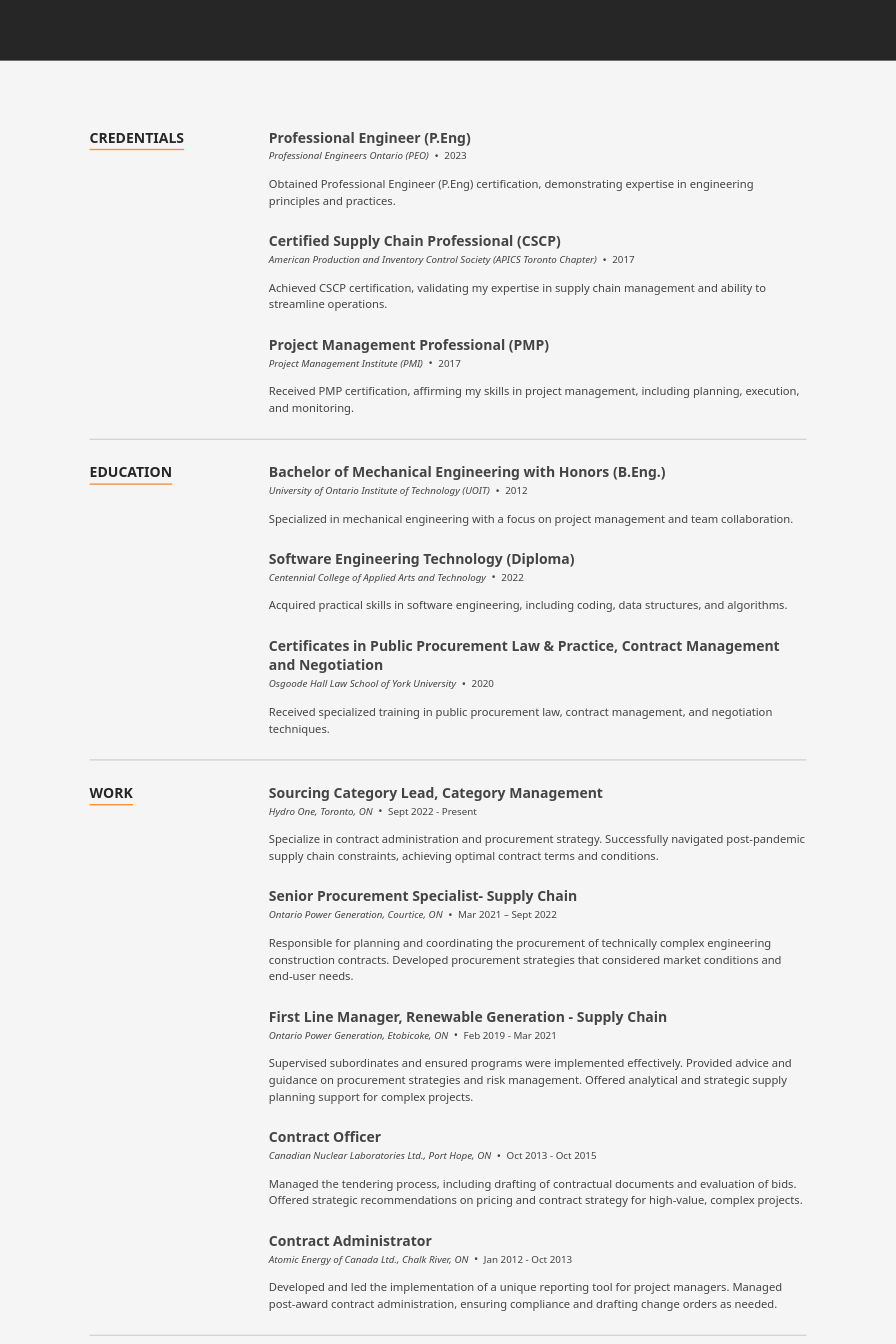
Repository: ananthantharma/portfolio
Page: /
The author's editor kept a copy of each file at every save. The page is drawn from the files as they stood at one save, then again after the next save.
The browser window is 1280 px wide. The pictures show the part of the page from y = 1142 to 3062 px (the page is 5830 px tall before and 5852 px after), at 70% of full size.
Pictures or frames that could not be fetched are drawn as grey boxes. Backgrounds fixed to the window are drawn as part of the page. The project was rebuilt for these pictures with package versions that can differ from the ones it lists, and the page was loaded fresh each time. The framework's server and built-in components were replaced by stand-ins that run in the browser. Also part of the build but not shown: next.config.js, src/components/Icon/FacebookIcon.tsx.

Above is the page before, as saved 2023-08-30 01:25:32.

After the next save:
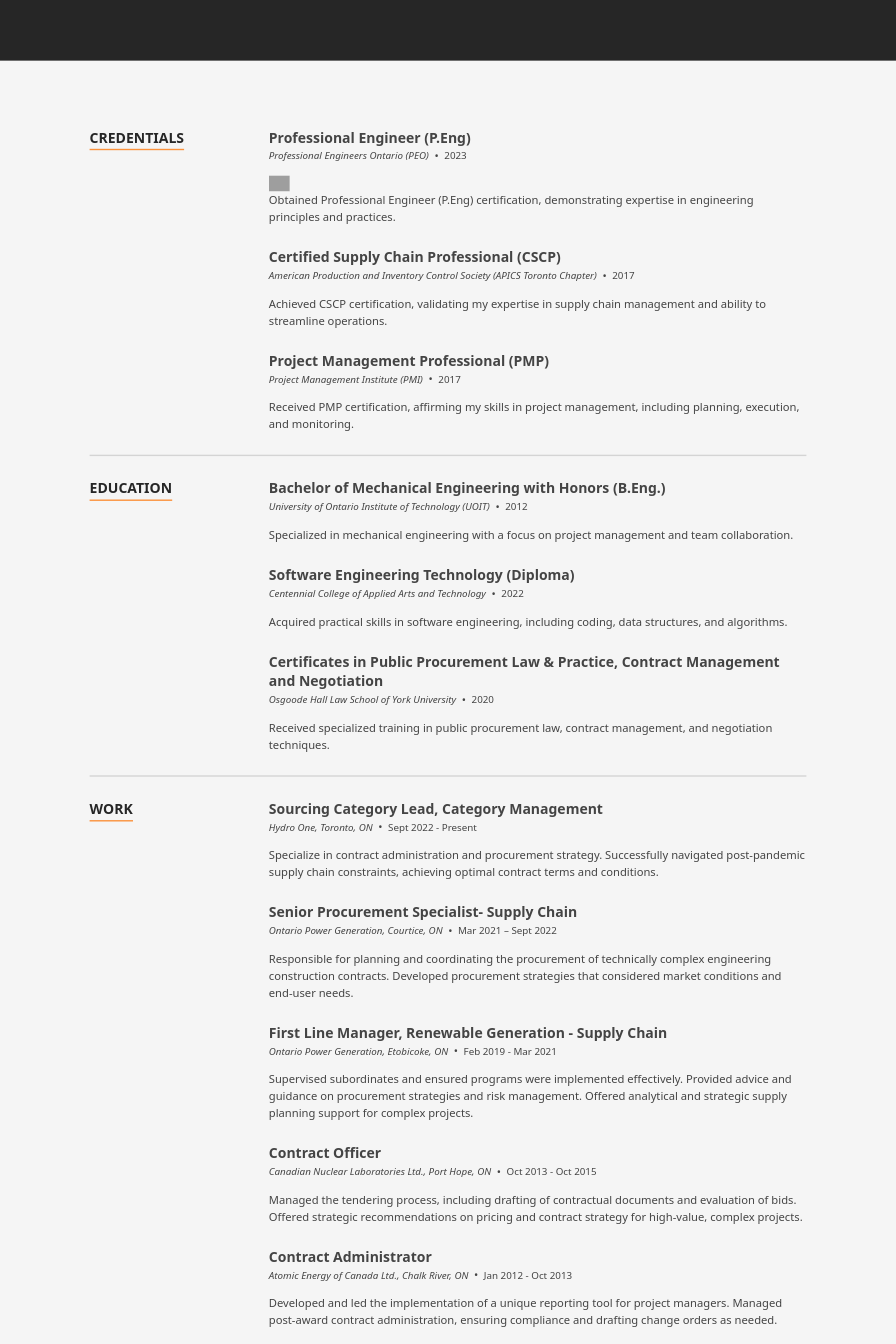
Saved 8 h 35 min later.
--- a/src/data/data.tsx
+++ b/src/data/data.tsx
@@ -26,6 +26,7 @@
 import porfolioImage11 from '../images/portfolio/portfolio-11.jpg';
 import profilepic from '../images/profilepic.jpg';
 import testimonialImage from '../images/testimonial.webp';
+import PEngLogo from '../images/logo-peo.png';
 import {
   About,
   ContactSection,
@@ -258,10 +259,15 @@
 // Add this new array for Credentials
 export const credentials: TimelineItem[] = [
   {
-    date: '2023', // Year you obtained the credential
+    date: '2023',
     location: 'Professional Engineers Ontario (PEO)',
     title: 'Professional Engineer (P.Eng)',
-    content: <p>Obtained Professional Engineer (P.Eng) certification, demonstrating expertise in engineering principles and practices.</p>,
+    content: (
+      <>
+        <img src={PEngLogo} alt="P.Eng Logo" style={{ width: '30px', marginRight: '10px' }} />
+        <p>Obtained Professional Engineer (P.Eng) certification, demonstrating expertise in engineering principles and practices.</p>
+      </>
+    ),
   },
   {
     date: '2017', // Year you obtained the credential

After the 3 saves that followed:
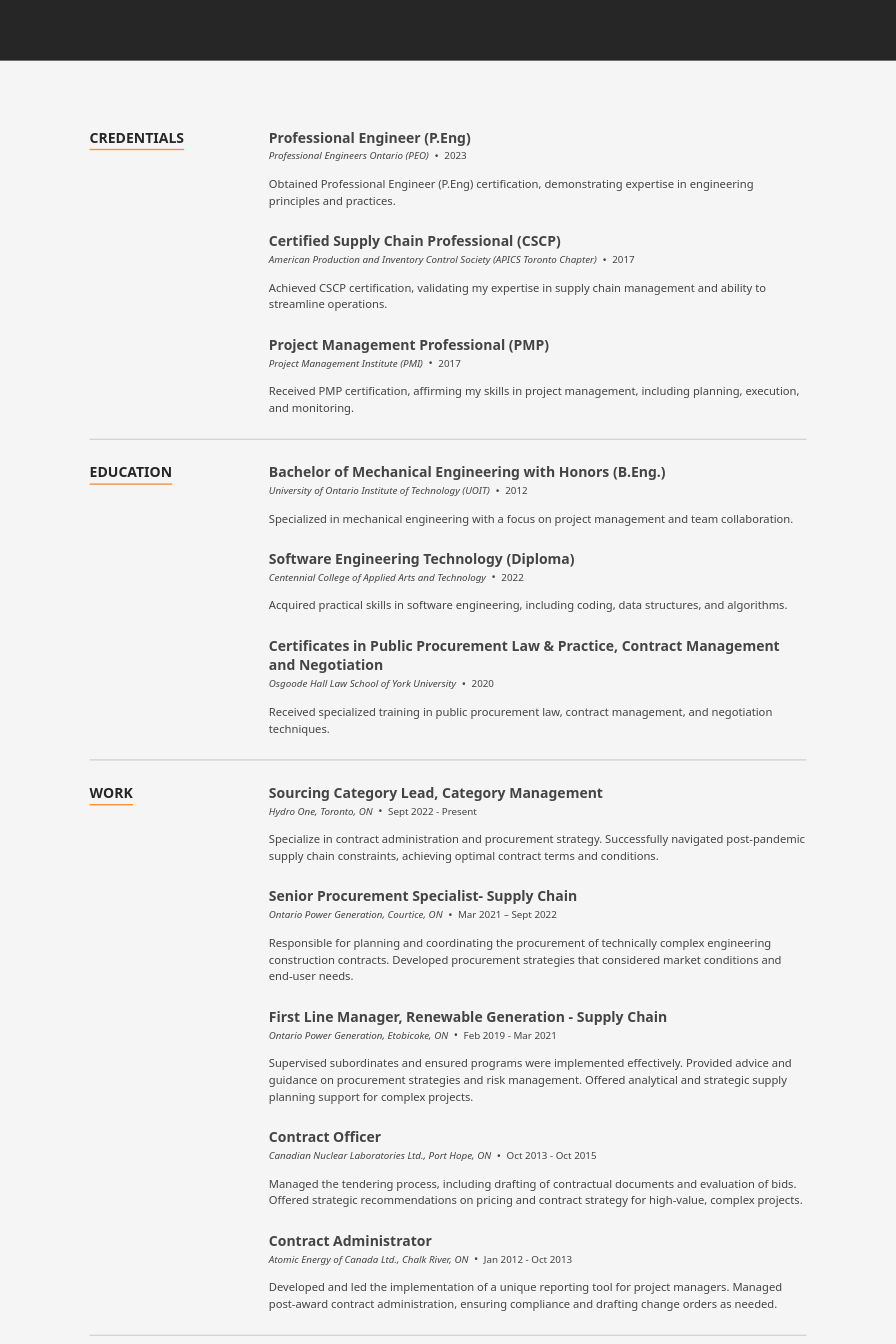
The 3 saves are shown as one change because 2 left the picture as it was.
The last was saved 6 min 8 s later.
--- a/src/data/data.tsx
+++ b/src/data/data.tsx
@@ -13,6 +13,7 @@
 import LinkedInIcon from '../components/Icon/LinkedInIcon';
 import TwitterIcon from '../components/Icon/TwitterIcon';
 import heroImage from '../images/header-background.webp';
+import PEngLogo from '../images/portfolio/logo-peo.png';
 import porfolioImage1 from '../images/portfolio/portfolio-1.jpg';
 import porfolioImage2 from '../images/portfolio/portfolio-2.jpg';
 import porfolioImage3 from '../images/portfolio/portfolio-3.jpg';
@@ -26,7 +27,6 @@
 import porfolioImage11 from '../images/portfolio/portfolio-11.jpg';
 import profilepic from '../images/profilepic.jpg';
 import testimonialImage from '../images/testimonial.webp';
-import PEngLogo from '../images/logo-peo.png';
 import {
   About,
   ContactSection,
@@ -262,12 +262,7 @@
     date: '2023',
     location: 'Professional Engineers Ontario (PEO)',
     title: 'Professional Engineer (P.Eng)',
-    content: (
-      <>
-        <img src={PEngLogo} alt="P.Eng Logo" style={{ width: '30px', marginRight: '10px' }} />
-        <p>Obtained Professional Engineer (P.Eng) certification, demonstrating expertise in engineering principles and practices.</p>
-      </>
-    ),
+    content: <p>Obtained Professional Engineer (P.Eng) certification, demonstrating expertise in engineering principles and practices.</p>
   },
   {
     date: '2017', // Year you obtained the credential
